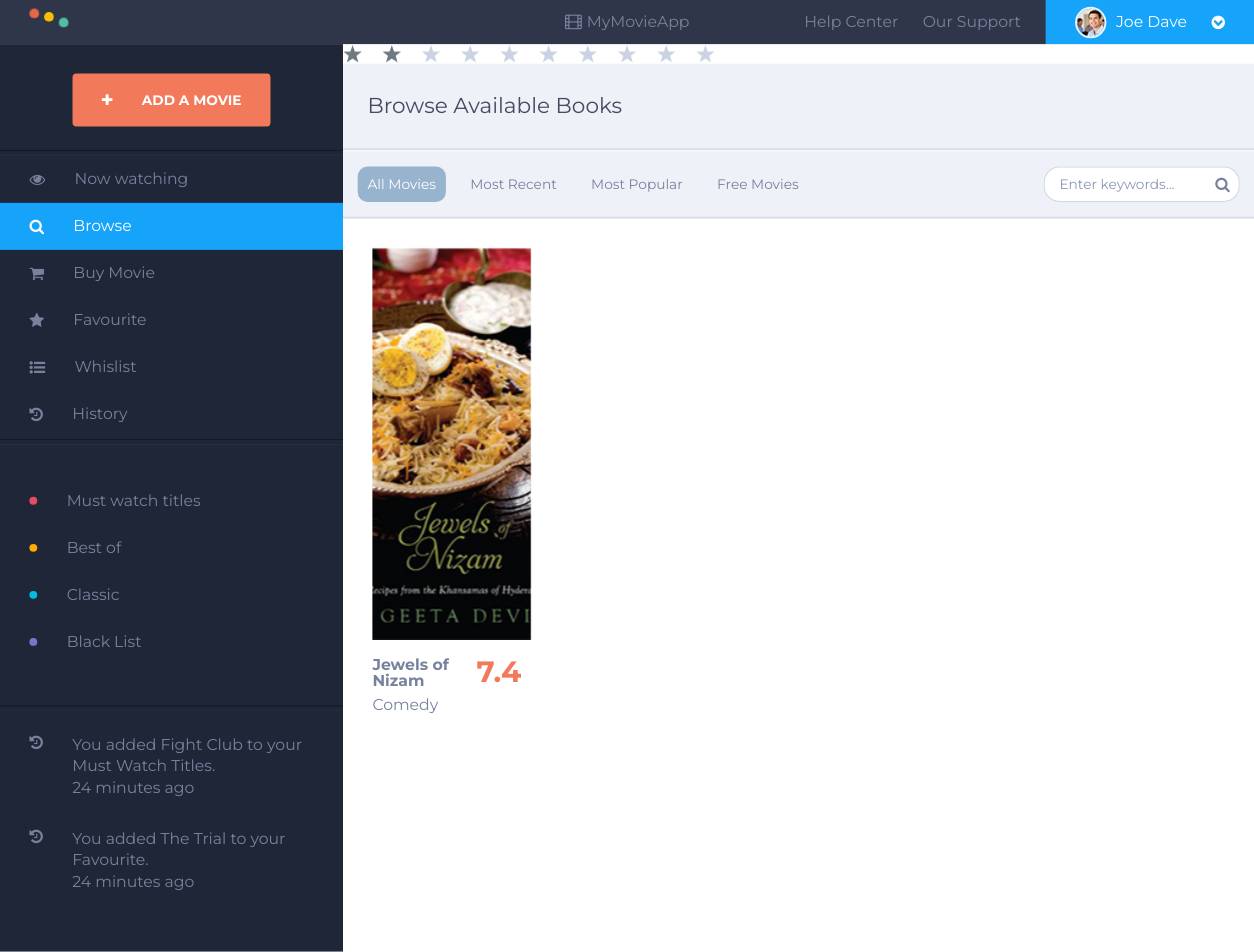
Repository: zyng/movie
Page: /
An editor plug-in stored every save of this project. The page is shown before and after the next save, followed by the edit.
The browser window is 1280 px wide. The pictures show the whole page, at 98% of full size.
Some web libraries are served in a nearby version. The project was rebuilt for these pictures with package versions that can differ from the ones it lists, and the page was loaded fresh each time.

Above is the page before, as saved 2019-01-17 02:25:50.

### public/index.html
<!DOCTYPE html>
<html lang="en">

<head>
  <meta charset="UTF-8">
  <meta name="viewport" content="width=device-width, initial-scale=1.0">
  <meta http-equiv="X-UA-Compatible" content="ie=edge">
  <title>Document</title>
  <!-- <link rel="stylesheet" href="https://maxcdn.bootstrapcdn.com/bootstrap/4.0.0/css/bootstrap.min.css" integrity="sha384-Gn5384xqQ1aoWXA+058RXPxPg6fy4IWvTNh0E263XmFcJlSAwiGgFAW/dAiS6JXm"
    crossorigin="anonymous"> -->

  <link href="https://fonts.googleapis.com/css?family=Montserrat:400,700&amp;subset=latin-ext" rel="stylesheet">

</head>

<body>
  <div id="root"></div>





  <script src="https://code.jquery.com/jquery-3.2.1.slim.min.js" integrity="sha384-KJ3o2DKtIkvYIK3UENzmM7KCkRr/rE9/Qpg6aAZGJwFDMVNA/GpGFF93hXpG5KkN"
    crossorigin="anonymous"></script>
  <script src="https://cdnjs.cloudflare.com/ajax/libs/popper.js/1.12.9/umd/popper.min.js" integrity="sha384-ApNbgh9B+Y1QKtv3Rn7W3mgPxhU9K/ScQsAP7hUibX39j7fakFPskvXusvfa0b4Q"
    crossorigin="anonymous"></script>
  <script src="https://maxcdn.bootstrapcdn.com/bootstrap/4.0.0/js/bootstrap.min.js" integrity="sha384-JZR6Spejh4U02d8jOt6vLEHfe/JQGiRRSQQxSfFWpi1MquVdAyjUar5+76PVCmYl"
    crossorigin="anonymous"></script>
</body>

</html>

### src/index.js
import React from 'react';
import ReactDOM from 'react-dom';
import App from './components/App';
import 'bootstrap/dist/css/bootstrap.min.css';
import './css/style.css';
import 'font-awesome/css/font-awesome.min.css';
import * as serviceWorker from './serviceWorker';

ReactDOM.render(<App />, document.getElementById('root'));

serviceWorker.unregister();

### src/components/App.js
import React, { Component } from 'react';

import Header from './Header/Header';
import Navigation from './Navigation/Navigation';
import MainContent from './Main/Main';


class App extends Component {


  render() {
    return (
      <>
        <Header />

        <main>
          <Navigation />
          <MainContent />
        </main>

      </>
    );
  }
}

export default App;

### src/css/style.css
/* http://meyerweb.com/eric/tools/css/reset/
   v2.0 | 20110126
   License: none (public domain)
*/
html, body, div, span, applet, object, iframe, h1, h2, h3, h4, h5, h6, p, blockquote, pre, a, abbr, acronym, address, big, cite, code, del, dfn, em, img, ins, kbd, q, s, samp, small, strike, strong, sub, sup, tt, var, b, u, i, center, dl, dt, dd, ol, ul, li, fieldset, form, label, legend, table, caption, tbody, tfoot, thead, tr, th, td, article, aside, canvas, details, embed, figure, figcaption, footer, header, hgroup, menu, nav, output, ruby, section, summary, time, mark, audio, video { margin: 0; padding: 0; border: 0; font-size: 100%; font: inherit; vertical-align: baseline; }

/* HTML5 display-role reset for older browsers */
article, aside, details, figcaption, figure, footer, header, hgroup, menu, nav, section { display: block; }

body { line-height: 1; }

ol, ul { list-style: none; }

blockquote, q { quotes: none; }

blockquote:before, blockquote:after { content: ''; content: none; }

q:before, q:after { content: ''; content: none; }

table { border-collapse: collapse; border-spacing: 0; }

.header { display: -webkit-box; display: -ms-flexbox; display: flex; height: 45px; background-color: #2f364a; -webkit-box-align: center; -ms-flex-align: center; align-items: center; }

.header__logo { position: absolute; left: 30px; display: -webkit-box; display: -ms-flexbox; display: flex; }

.header__logo div { width: 10px; height: 10px; border-radius: 5px; -webkit-animation: jump .6s infinite; animation: jump .6s infinite; }

.header__logo div:not(:last-child) { margin-right: 5px; }

.header__logo .header__logo--red { background-color: #e76847; }

.header__logo .header__logo--yellow { background-color: #fabf00; -webkit-animation-delay: .1s; animation-delay: .1s; }

.header__logo .header__logo--green { background-color: #52bea6; -webkit-animation-delay: .2s; animation-delay: .2s; }

.header__title { position: absolute; left: 50%; -webkit-transform: translateX(-50%); -ms-transform: translateX(-50%); transform: translateX(-50%); }

.header__title i { margin-right: 5px; }

.header__title i:before { font-size: 16px; }

@media screen and (max-width: 1279px) { .header__title { position: static; margin-left: 140px; } }

.header__nav { position: absolute; right: 0; display: -webkit-box; display: -ms-flexbox; display: flex; -webkit-box-align: center; -ms-flex-align: center; align-items: center; }

.header__nav a { text-decoration: none; }

.header__nav > a { color: #78829d; position: relative; }

.header__nav > a:hover::after { content: ''; position: absolute; top: 50%; -webkit-transform: translateY(-50%); -ms-transform: translateY(-50%); transform: translateY(-50%); right: -15px; width: 8px; height: 8px; border-radius: 50%; background-color: rgba(25, 32, 46, 0.7); }

.header__nav .profile { padding: 0 30px; background-color: #15a4fa; height: 45px; display: -webkit-box; display: -ms-flexbox; display: flex; -webkit-box-align: center; -ms-flex-align: center; align-items: center; }

.header__nav .profile a { display: -webkit-box; display: -ms-flexbox; display: flex; -webkit-box-align: center; -ms-flex-align: center; align-items: center; }

.header__nav .profile__logo { width: 32px; height: 32px; border-radius: 16px; border: 2px solid #eef1f7; margin-right: 10px; }

.header__nav .profile__logo img { -o-object-fit: cover; object-fit: cover; width: 100%; height: 100%; border-radius: 50%; }

.header__nav .profile__name { color: #fff; }

.header__nav .profile i { margin-left: 25px; color: #fff; }

.header__nav > a { margin-right: 25px; }

@-webkit-keyframes jump { 0% { -webkit-transform: translateY(0); transform: translateY(0); }
  50% { -webkit-transform: translateY(-10px); transform: translateY(-10px); }
  100% { -webkit-transform: translateY(0); transform: translateY(0); } }

@keyframes jump { 0% { -webkit-transform: translateY(0); transform: translateY(0); }
  50% { -webkit-transform: translateY(-10px); transform: translateY(-10px); }
  100% { -webkit-transform: translateY(0); transform: translateY(0); } }

.menu { left: 0; background-color: #1f2637; min-height: 100vh; max-width: 350px; }

.menu__new-movie { display: -webkit-box; display: -ms-flexbox; display: flex; -webkit-box-pack: center; -ms-flex-pack: center; justify-content: center; -webkit-box-align: center; -ms-flex-align: center; align-items: center; padding: 30px 0; position: relative; }

.menu__new-movie button { min-width: 200px; padding: 20px 30px; border-radius: 4px; background-color: #f2795a; border: none; outline: none; color: #fff; text-transform: uppercase; font-weight: 700; font-size: 14px; }

.menu__new-movie button i { margin-right: 30px; }

.menu__new-movie button:hover { cursor: pointer; }

.menu__new-movie::after { content: ''; height: 6px; width: 100%; position: absolute; bottom: 0; border-bottom: 1px solid rgba(120, 130, 157, 0.1); border-top: 1px solid #141824; }

.menu__movie-search { display: -webkit-box; display: -ms-flexbox; display: flex; -webkit-box-orient: vertical; -webkit-box-direction: normal; -ms-flex-direction: column; flex-direction: column; padding: 0; position: relative; -webkit-box-sizing: border-box; box-sizing: border-box; }

.menu__movie-search a { height: 48px; width: 100%; display: -webkit-box; display: -ms-flexbox; display: flex; -webkit-box-align: center; -ms-flex-align: center; align-items: center; padding-left: 30px; }

.menu__movie-search a.active { background-color: #15a4fa; color: #fff; }

.menu__movie-search a:hover:not(.active) { background-color: #2f364a; color: #fff; }

.menu__movie-search i { margin-right: 30px; }

.menu__movie-search::after { content: ''; height: 6px; width: 100%; position: absolute; bottom: -7px; border-bottom: 1px solid rgba(120, 130, 157, 0.1); border-top: 1px solid #141824; }

.menu__personal-categories { display: -webkit-box; display: -ms-flexbox; display: flex; -webkit-box-orient: vertical; -webkit-box-direction: normal; -ms-flex-direction: column; flex-direction: column; position: relative; padding: 40px 0; -webkit-box-sizing: border-box; box-sizing: border-box; }

.menu__personal-categories a { padding-left: 30px; display: -webkit-box; display: -ms-flexbox; display: flex; -webkit-box-align: center; -ms-flex-align: center; align-items: center; height: 48px; }

.menu__personal-categories a::before { content: ''; width: 8px; height: 8px; position: relative; border-radius: 50%; display: block; margin-right: 30px; }

.menu__personal-categories a:nth-child(1)::before { background-color: #e64c66; }

.menu__personal-categories a:nth-child(2)::before { background-color: #ffab00; }

.menu__personal-categories a:nth-child(3)::before { background-color: #00bfdd; }

.menu__personal-categories a:nth-child(4)::before { background-color: #7874cf; }

.menu__personal-categories a:hover { background-color: #2f364a; }

.menu__personal-categories::after { content: ''; height: 6px; width: 100%; position: absolute; bottom: -7px; border-bottom: 1px solid rgba(120, 130, 157, 0.1); border-top: 1px solid #141824; }

.menu__history { display: -webkit-box; display: -ms-flexbox; display: flex; -webkit-box-orient: vertical; -webkit-box-direction: normal; -ms-flex-direction: column; flex-direction: column; padding: 30px; }

.menu__history .history__notification { display: -webkit-box; display: -ms-flexbox; display: flex; margin-bottom: 30px; font-weight: 300; }

.menu__history .history__notification i { margin-right: 30px; }

.menu__history .history__notification .notification__description { display: -webkit-box; display: -ms-flexbox; display: flex; -webkit-box-orient: vertical; -webkit-box-direction: normal; -ms-flex-direction: column; flex-direction: column; line-height: 22px; }

.menu__history .history__notification .notification__description span { font-weight: 500; }

.main__content { width: 100%; }

.main__header { background-color: #eef1f7; }

.main__header .main__title { font-size: 22px; line-height: 26px; color: #444c63; padding: 30px 0 30px 25px; border-bottom: 2px solid #dadfea; }

.main__actions-bar { padding: 15px; border-top: 2px solid #f4f6fa; display: -webkit-box; display: -ms-flexbox; display: flex; -webkit-box-pack: justify; -ms-flex-pack: justify; justify-content: space-between; border-bottom: 2px solid #dadfea; }

.main__actions-bar .main__filters { display: -webkit-box; display: -ms-flexbox; display: flex; }

.main__actions-bar .main__filters li:not(:last-child) { margin-right: 15px; }

.main__actions-bar .main__filters li { font-size: 14px; font-weight: 500; padding: 6px 10px; -webkit-transition: background-color .3s; -o-transition: background-color .3s; transition: background-color .3s; display: -webkit-box; display: -ms-flexbox; display: flex; -webkit-box-align: center; -ms-flex-align: center; align-items: center; border-radius: 10px; }

.main__actions-bar .main__filters li.active, .main__actions-bar .main__filters li:hover { cursor: pointer; background-color: #97b3ce; color: #fff; }

.main__actions-bar label { position: relative; }

.main__actions-bar label input { padding: 8px 15px; width: 200px; border-radius: 16px; background-color: #ffffff; border: 1px solid rgba(140, 151, 178, 0.4); font-size: 14px; -o-text-overflow: ellipsis; text-overflow: ellipsis; padding-right: 50px; -webkit-transition: width .3s; -o-transition: width .3s; transition: width .3s; }

.main__actions-bar label input::-webkit-input-placeholder { /* Chrome, Firefox, Opera, Safari 10.1+ */ color: #8c97b2; opacity: 1; /* Firefox */ }

.main__actions-bar label input:-ms-input-placeholder { /* Chrome, Firefox, Opera, Safari 10.1+ */ color: #8c97b2; opacity: 1; /* Firefox */ }

.main__actions-bar label input::-ms-input-placeholder { /* Chrome, Firefox, Opera, Safari 10.1+ */ color: #8c97b2; opacity: 1; /* Firefox */ }

.main__actions-bar label input::placeholder { /* Chrome, Firefox, Opera, Safari 10.1+ */ color: #8c97b2; opacity: 1; /* Firefox */ }

.main__actions-bar label input:-ms-input-placeholder { /* Internet Explorer 10-11 */ color: #8c97b2; }

.main__actions-bar label input::-ms-input-placeholder { /* Microsoft Edge */ color: #8c97b2; }

.main__actions-bar label input:focus { outline: none; width: 400px; }

.main__actions-bar label i { position: absolute; right: 10px; top: 50%; -webkit-transform: translateY(-50%); -ms-transform: translateY(-50%); transform: translateY(-50%); }

.movies { display: -webkit-box; display: -ms-flexbox; display: flex; -ms-flex-wrap: wrap; flex-wrap: wrap; width: 100%; padding: 30px 0 0 30px; }

.movie { margin-right: 2%; margin-bottom: 2%; width: 18%; }

.movie__content { position: relative; overflow: hidden; }

.movie__content img { width: 100%; height: 400px; -o-object-fit: cover; object-fit: cover; }

.movie__content .movie__rate { display: -webkit-box; display: -ms-flexbox; display: flex; -webkit-box-orient: vertical; -webkit-box-direction: normal; -ms-flex-direction: column; flex-direction: column; position: absolute; bottom: 10%; left: 50%; -webkit-transform: translateX(-50%); -ms-transform: translateX(-50%); transform: translateX(-50%); width: 100%; -webkit-box-pack: center; -ms-flex-pack: center; justify-content: center; -webkit-box-align: center; -ms-flex-align: center; align-items: center; }

.movie__content .movie__rate span { font-weight: 700; color: #fff; margin-bottom: 10px; }

.movie__content:hover .movie__actions { display: block; }

.movie__content:hover .movie__action a { -webkit-animation: entry .6s; animation: entry .6s; -webkit-animation-fill-mode: forwards; animation-fill-mode: forwards; }

.movie__content:hover .movie__action:nth-child(2) a { -webkit-animation-delay: .2s; animation-delay: .2s; }

.movie__content:hover .movie__action:nth-child(3) a { -webkit-animation-delay: .4s; animation-delay: .4s; }

.movie__content:hover .movie__action:nth-child(4) a { -webkit-animation-delay: .6s; animation-delay: .6s; }

.movie__content .movie__actions { position: absolute; top: 0; left: 0; width: 100%; height: 100%; z-index: 1; display: none; }

.movie__content .movie__actions .movie__add { position: absolute; top: 10px; left: 20px; display: -webkit-box; display: -ms-flexbox; display: flex; -webkit-box-orient: vertical; -webkit-box-direction: normal; -ms-flex-direction: column; flex-direction: column; }

.movie__content .movie__actions .movie__goto { position: absolute; top: 60%; left: 50%; -webkit-transform: translate(-50%, -50%); -ms-transform: translate(-50%, -50%); transform: translate(-50%, -50%); border: 1px solid #78829d; background-color: #2f364a; border-radius: 10px; padding: 7px 25px; white-space: nowrap; -webkit-transition: .3s all; -o-transition: .3s all; transition: .3s all; font-weight: 700; }

.movie__content .movie__actions .movie__goto:hover { background-color: #fff; color: #2f364a; }

.movie__content .movie__action { -webkit-box-align: center; -ms-flex-align: center; align-items: center; margin-bottom: 25px; cursor: pointer; display: -webkit-box; display: -ms-flexbox; display: flex; position: relative; }

.movie__content .movie__action:nth-child(1) a { background-color: #e64c66; }

.movie__content .movie__action:nth-child(2) a { background-color: #ffab00; }

.movie__content .movie__action:nth-child(3) a { background-color: #00bfdd; }

.movie__content .movie__action:nth-child(4) a { background-color: #7874cf; }

.movie__content .movie__action a { display: block; width: 20px; height: 20px; border-radius: 50%; margin-right: 20px; position: relative; left: -50px; }

.movie__content .movie__action:hover span { width: 160px; }

.movie__content .movie__action span { width: 0; overflow: hidden; color: #fff; -webkit-transition: .3s all; -o-transition: .3s all; transition: .3s all; white-space: nowrap; font-weight: 500; }

.movie__content:hover::after { content: ''; position: absolute; top: 0; left: 0; width: 100%; height: 100%; background-color: rgba(0, 0, 0, 0.7); }

.movie__description { display: -webkit-box; display: -ms-flexbox; display: flex; -webkit-box-pack: justify; -ms-flex-pack: justify; justify-content: space-between; padding-top: 15px; }

.movie__title-category { display: -webkit-box; display: -ms-flexbox; display: flex; -webkit-box-orient: vertical; -webkit-box-direction: normal; -ms-flex-direction: column; flex-direction: column; }

.movie__title-category .movie__title { font-weight: 700; margin-bottom: 8px; }

.movie__title-category .movie__category { font-weight: 100; }

.movie .movie__rating { font-weight: 700; font-size: 30px; margin-right: 10px; color: #f2795a; }

@-webkit-keyframes entry { 0% { left: -50px; }
  100% { left: 0; } }

@keyframes entry { 0% { left: -50px; }
  100% { left: 0; } }

body { color: #78829d; font-family: "Montserrat", sans-serif; font-size: 16px; }

a { color: #78829d; }

a:hover { color: #78829d; text-decoration: none; }

main { display: -webkit-box; display: -ms-flexbox; display: flex; }

### src/components/Header/Header.js
import React, { Component } from 'react';
import avatar from '../../img/avatar-01.png';

class Header extends Component {




    render() {
        return (
            <header className='header'>
                <a href="/" className="header__logo">
                    <div className="header__logo--red"></div>
                    <div className="header__logo--yellow"></div>
                    <div className="header__logo--green"></div>
                </a>
                <div className="header__title">
                    <i className="fa fa-film"></i>
                    <span>MyMovieApp</span>
                </div>
                <nav className="header__nav">
                    <a href="/">Help Center</a>
                    <a href="/">Our Support</a>
                    <div className="profile">
                        <a href="/">
                            <div className="profile__logo"><img src={avatar} alt="user avatar" /></div>
                            <div className="profile__name">Joe Dave</div>
                            <i className="fa fa-chevron-circle-down"></i>
                        </a>
                    </div>
                </nav>

            </header>
        );
    }
}

export default Header;

### src/components/Navigation/Navigation.js
import React, { Component } from 'react';


class Navigation extends Component {


    render() {
        return (
            <aside class="menu">
                <div className="menu__new-movie">
                    <button><i class="fa fa-plus"></i>Add a movie</button>
                </div>
                <nav class="menu__movie-search">
                    <a href="/"><i class="fa fa-eye"></i>Now watching</a>
                    <a href="/" class="active"><i class="fa fa-search"></i>Browse</a>
                    <a href="/"><i class="fa fa-shopping-cart"></i>Buy Movie</a>
                    <a href="/"><i class="fa fa-star"></i>Favourite</a>
                    <a href="/"><i class="fa fa-list-ul"></i>Whislist</a>
                    <a href="/"><i class="fa fa-history"></i>History</a>
                </nav>

                <div class="menu__personal-categories">
                    <a href="/">Must watch titles</a>
                    <a href="/">Best of</a>
                    <a href="/">Classic</a>
                    <a href="/">Black List</a>
                </div>

                <div className="menu__history">
                    <div className="history__notification">
                        <i class="fa fa-history"></i>
                        <div className="notification__description">
                            <div className="notification__text">You added <span>Fight Club</span> to your <span>Must Watch Titles</span>.</div>
                            <div className="notification__time">24 minutes ago</div>
                        </div>
                    </div>
                    <div className="history__notification">
                        <i class="fa fa-history"></i>
                        <div className="notification__description">
                            <div className="notification__text">You added <span>The Trial</span> to your <span>Favourite</span>.</div>
                            <div className="notification__time">24 minutes ago</div>
                        </div>
                    </div>
                </div>
            </aside>
        );
    }
}

export default Navigation;

### src/components/Main/Main.js
import React, { Component } from 'react';
import avatar from '../../img/movie1.png';
import StarRatings from 'react-star-ratings';


class MainContent extends Component {



    render() {
        return (


            <section className="main__content">

                <StarRatings
                    rating={2}
                    starDimension="20px"
                    starSpacing="10px"
                    numberOfStars={10}
                />
                <header className="main__header">
                    <div className="main__title">Browse Available Books</div>
                    <div className="main__actions-bar">
                        <ul className="main__filters">
                            <li className="active">All Movies</li>
                            <li>Most Recent</li>
                            <li>Most Popular</li>
                            <li>Free Movies</li>
                        </ul>
                        <label htmlFor="search-movi">
                            <input type="text" id="search-movie" placeholder="Enter keywords..." />
                            <i className="fa fa-search"></i>
                        </label>
                    </div>
                </header>

                <section className="">

                    <div className="movies">

                        <div className="movie">
                            <div className="movie__content">
                                <img src={avatar} alt="" />
                                <div className="movie__actions">
                                    <div className="movie__add">
                                        <div className="movie__action"><a href=""></a><span>Add to Must watch</span></div>
                                        <div className="movie__action"><a href=""></a><span>Add to Best of</span></div>
                                        <div className="movie__action"><a href=""></a><span>Add to Classic</span></div>
                                        <div className="movie__action"><a href=""></a><span>Add to Black list</span></div>
                                    </div>
                                    <a href='/' className='movie__goto'>Check Movie</a>
                                </div>
                            </div>
                            <div className="movie__description">
                                <div className="movie__title-category">
                                    <span className="movie__title">Jewels of Nizam</span>
                                    <span className="movie__category">Comedy</span>
                                </div>
                                <div className="movie__rating">7.4</div>
                            </div>
                        </div>


                    </div>


                </section>

            </section>

        );
    }
}

export default MainContent;

Loaded but not shown: src/serviceWorker.js (common file)

After the next save:
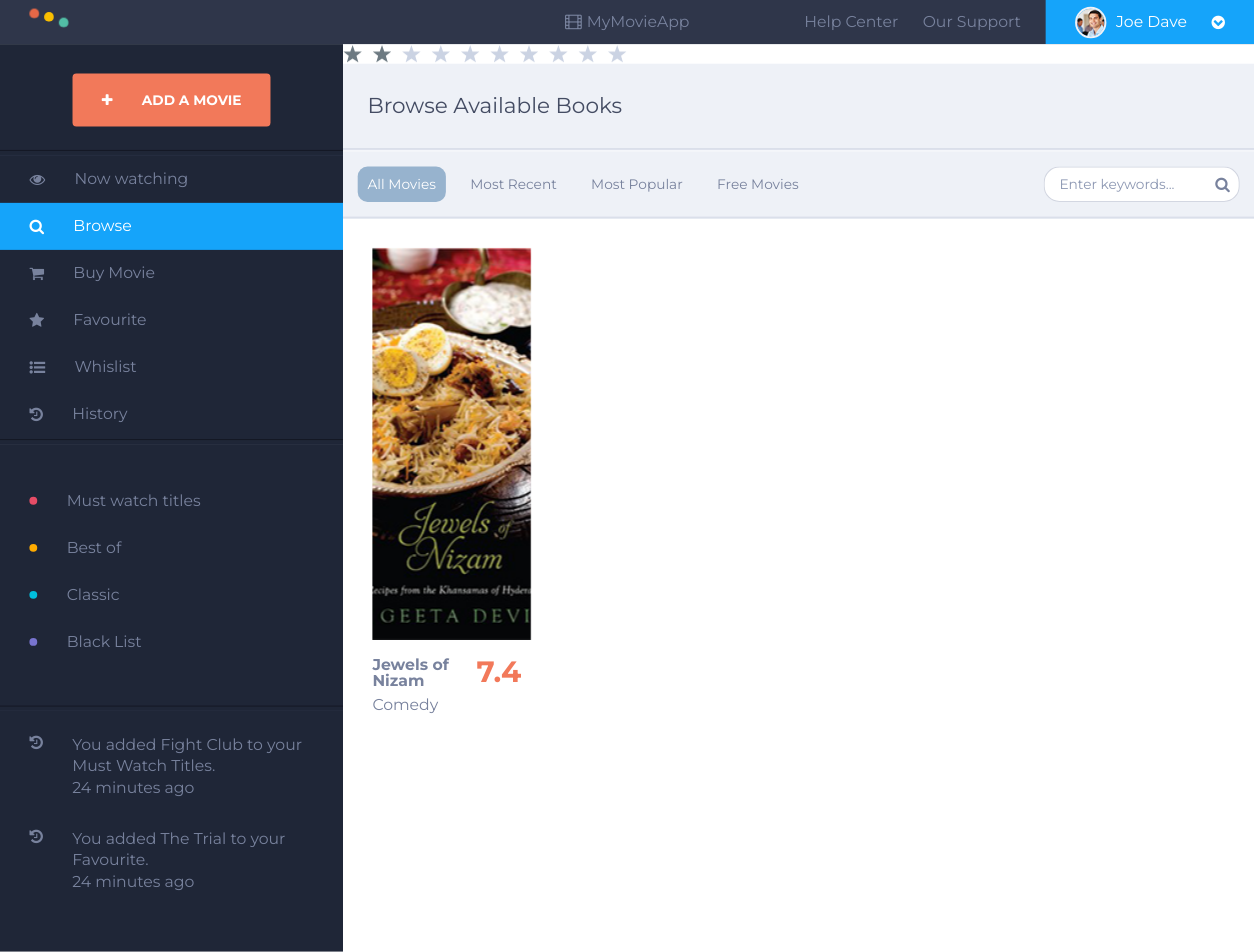
Saved 8 s later.
--- a/src/components/Main/Main.js
+++ b/src/components/Main/Main.js
@@ -16,7 +16,7 @@
                 <StarRatings
                     rating={2}
                     starDimension="20px"
-                    starSpacing="10px"
+                    starSpacing="5px"
                     numberOfStars={10}
                 />
                 <header className="main__header">
